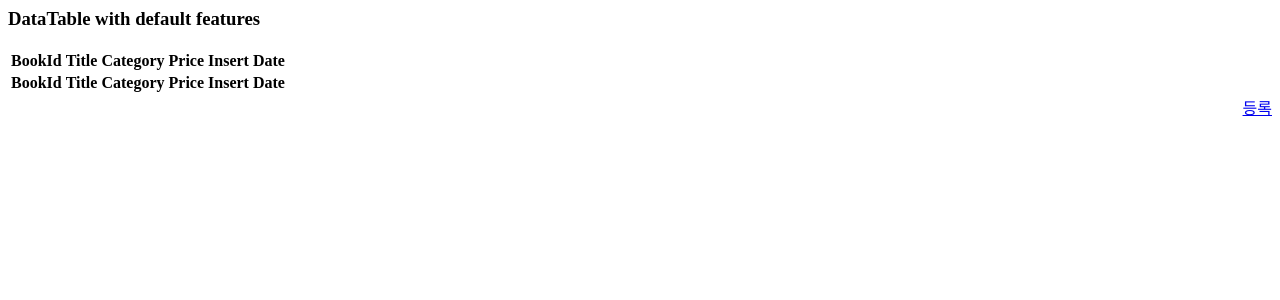
Repository: loy18/SPRING
Page: http://localhost/egovProj/WEB-INF/views/book/list.jsp
These files come from the project's save history. The page is drawn as it stood at one moment and after the next save; the edit follows.
The browser window is 1280 px wide. The pictures show the whole page.
The page is served by Tomcat 9. Nobody is signed in. The template is opened directly, without the code that normally fills it, so the values that code supplies are empty.

Above is the page before, as saved 2022-11-14 07:38:45.

After the next save:
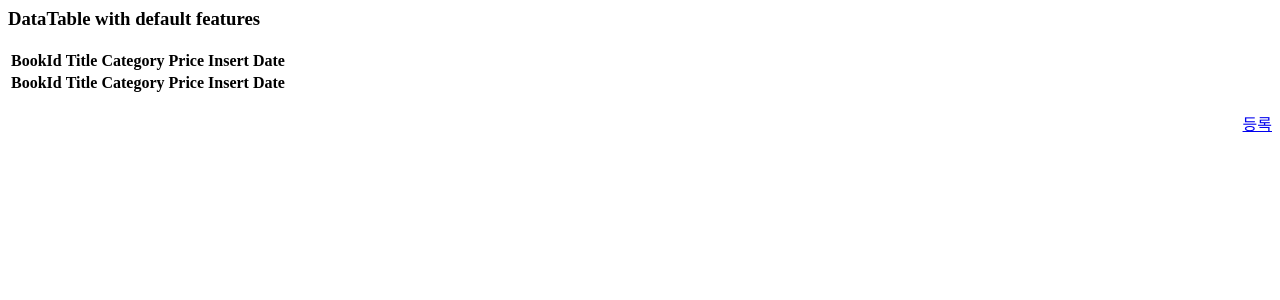
Saved 57 s later.
--- a/egovProj/src/main/webapp/WEB-INF/views/book/list.jsp
+++ b/egovProj/src/main/webapp/WEB-INF/views/book/list.jsp
@@ -63,7 +63,7 @@
 	</div>
 					<div class="card-footer">
 					<div style="text-align:right;">
-						<a href="/book/insert"  class="btn btn-outline-primary btn-sm">등록</a>
+						<a href="/book/insert"  class="btn btn-outline-primary btn-sm"><p>등록</p></a>
 						</div>
 						</div>
 </div>
